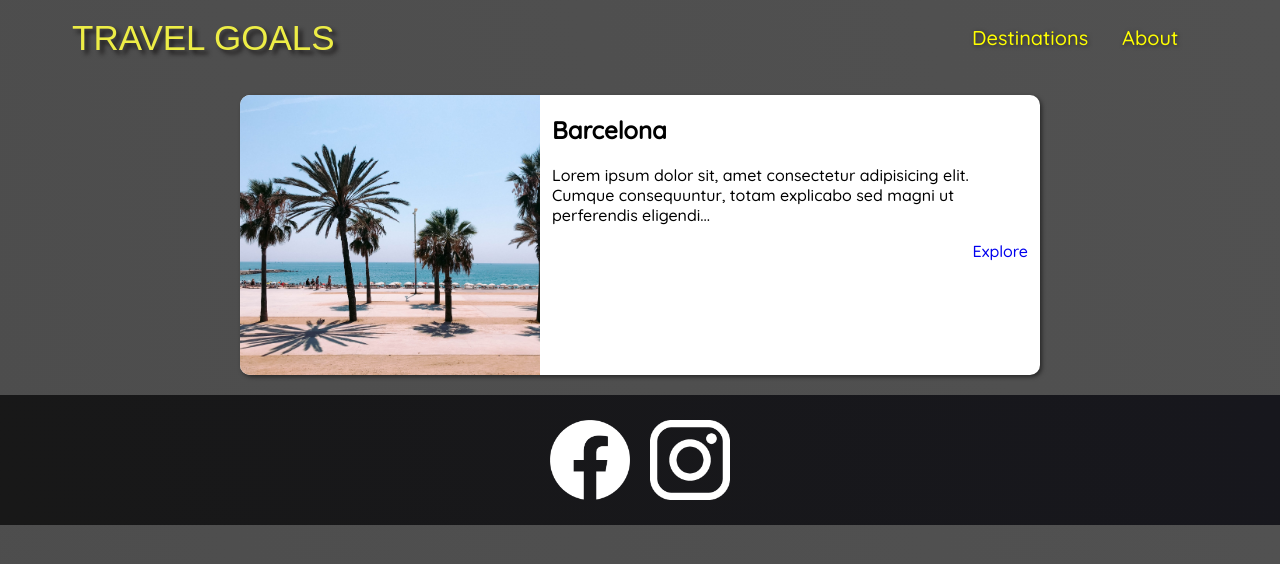
Repository: MicTomm/Travel-Goals
Page: places.html
These files come from the project's save history. The page is drawn as it stood at one moment and after the next save; the edit follows.
The browser window is 1280 px wide. The pictures show the whole page.
Some web fonts or font styles are not loaded; a fallback is used.

Above is the page before, as saved 2023-06-08 20:36:22.

### places.html
<!DOCTYPE html>
<html lang="it">

<head>
    <meta charset="UTF-8">
    <title>Travel Goals</title>
    <link rel="stylesheet"
        href="https://fonts.googleapis.com/css2?family=Raleway:wght@700&family=Oleo+Script:wght@700&family=Quicksand:wght@300;500&display=swap">
    <link href="/styles/shared.css" rel="stylesheet">
    <link href="/styles/places.css" rel="stylesheet">
</head>

<body>
    <header>
        <div id="logo">
            <a href="/index.html">Travel Goals</a>
        </div>
        <nav>
            <ul>
                <li><a href="/places.html">Destinations</a></li>
                <li><a href="">About</a></li>
            </ul>
        </nav>
    </header>
    <main>
        <ul>
            <li>
                <img src="images/places/barcelona.jpg" alt="Barcelona">
                <div class="card-content">
                    <h2>Barcelona</h2>
                    <p>Lorem ipsum dolor sit, amet consectetur adipisicing elit. Cumque consequuntur, totam explicabo sed magni ut perferendis eligendi...</p>
                    <div class="card-link">
                        <a href="https://en.wikipedia.org/wiki/Barcelona">Explore</a>
                    </div>
                </div>
            </li>
        </ul>
    </main>
    <footer>
        <ul>
            <li>
                <a href="https://www.facebook.com/" title="facebook">
                    <img src="/images/icons/facebook.png" alt="facebook-icon">
                </a>
            </li>
            <li>
                <a href="https://www.instagram.com/" title="instagram">
                    <img src="/images/icons/insta.png" alt="instagram-icon">
                </a>
            </li>
    </footer>
</body>

</html>

### styles/shared.css
body {
    margin: 0px;
    font-family: 'Quicksand', sans-serif;
}

ul {
    list-style: none;
    padding: 0px;
    margin: 0px;
}

header {
    display: flex;
    justify-content: space-between;
    align-items: center;
    padding: 15px 60px;
    position: absolute;
    width: 100%;
    top: 0;
    left: 0;
    box-sizing: border-box;
}

header ul {
    margin: 10px;
    display: flex;
    justify-content: space-between;
    width: 250px;
}

header li {
    width: 100px;
}

header a {
    color: yellow;
    text-decoration: none;
    font-size: 20px;
    padding: 12px;
    text-shadow: 1px 1px 4px rgba(0, 0, 0, 0.5);
}

header a:hover {
    background-color: yellow;
    box-shadow: 2px 2px 4px rgba(0, 0, 0, 0.5);
    color: rgb(67, 60, 60);
    text-shadow: 1px 1px 2px rgb(0, 0, 0, 0.5);
    border-radius: 8px;
}

footer{
    background: linear-gradient(70deg, rgb(24, 24, 24), rgb(23, 23, 29));
    padding: 25px;
}

footer ul{
    display: flex;
    justify-content: center;
}

footer li{
    width: 80px;
    height: 80px;
    margin: 0px 10px;
}

footer img{
    width: 100%;
    height: 100%;
}

#logo a {
    font-family: 'Oleo script', sans-serif;
    font-size: 35px;
    text-decoration: none;
    color: rgb(237, 237, 70);
    text-shadow: 4px 4px 4px rgb(31, 29, 29);
    text-transform: uppercase;
}

#logo a:hover {
    background-color: transparent;

}

### styles/places.css
body {
    background: linear-gradient(77deg, rgb(77, 77, 77), rgb(81, 81, 81));
}

/*
    position: static sovrascrive il comportamento impostato per l'header nel file shared.css, al fine
    di evitare la sovrapposizione delle prime card sull'header
*/
header {
    position: static;
}

main ul {
    width: 800px;
    margin: 20px auto;
}

main li {
    display: flex;
    background-color: white;
    border-radius: 10px;
    overflow: hidden;
    box-shadow: 2px 2px 4px rgba(0, 0, 0, 0.5);
}

main li img {
    height: 280px;
    width: 300px;
    object-fit: cover;
}

.card-content{
    margin: 0px 12px;

}

.card-link a{
    text-decoration: none;
    display: flex;
    justify-content: right;


}

After the next save:
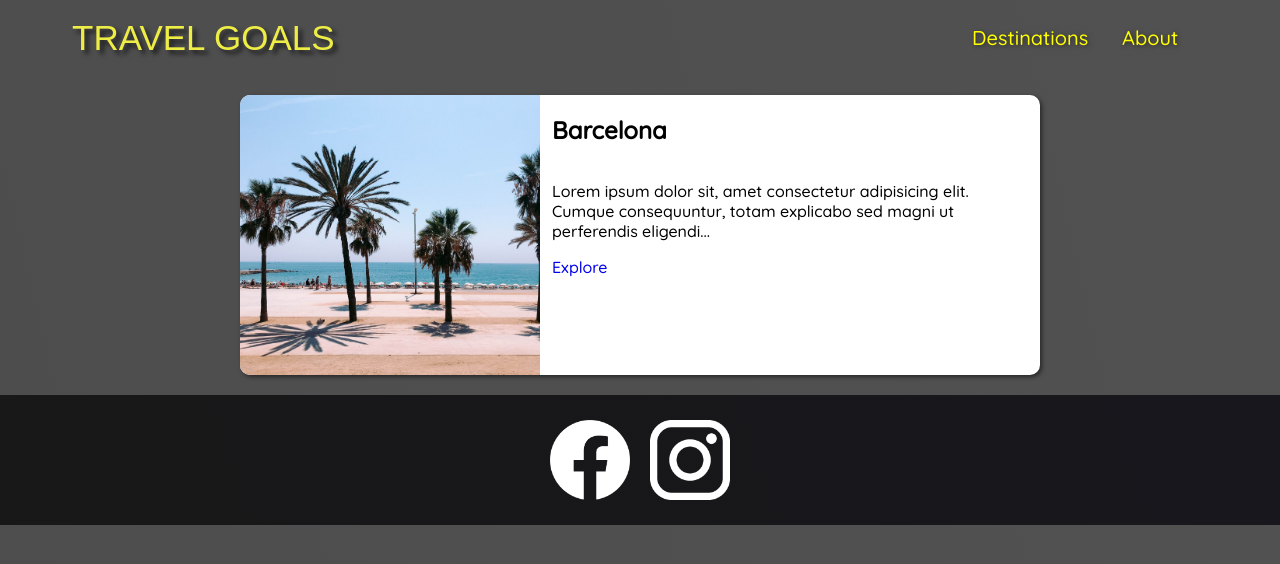
Saved 3 min 23 s later.
--- a/styles/places.css
+++ b/styles/places.css
@@ -31,12 +31,13 @@ main li img {
 
 .card-content{
     margin: 0px 12px;
+    display: flex;
+    flex-direction: column;
 
 }
 
 .card-link a{
     text-decoration: none;
-    display: flex;
     justify-content: right;
 
 
